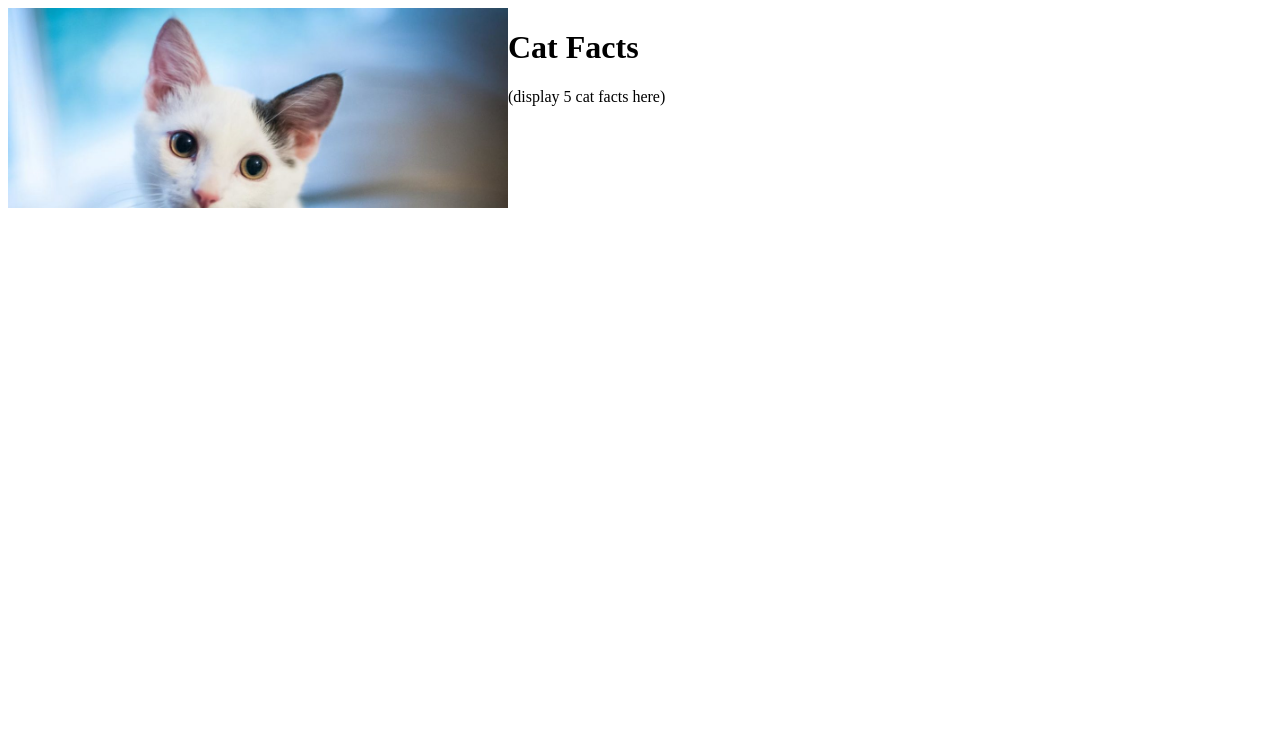
Repository: AustinW24/pg-catfacts
Page: cat-facts.html
The author's editor kept a copy of each file at every save. The page is drawn from the files as they stood at one save, then again after the next save.
The browser window is 1280 px wide. The page is 1288 px wide, so the pictures cover 1288 px, including what lies to the right of the window. The pictures show the whole page.
The page's requests for data from a server got no answer.

Above is the page before, as saved 2021-12-29 15:35:27.

After the next save:
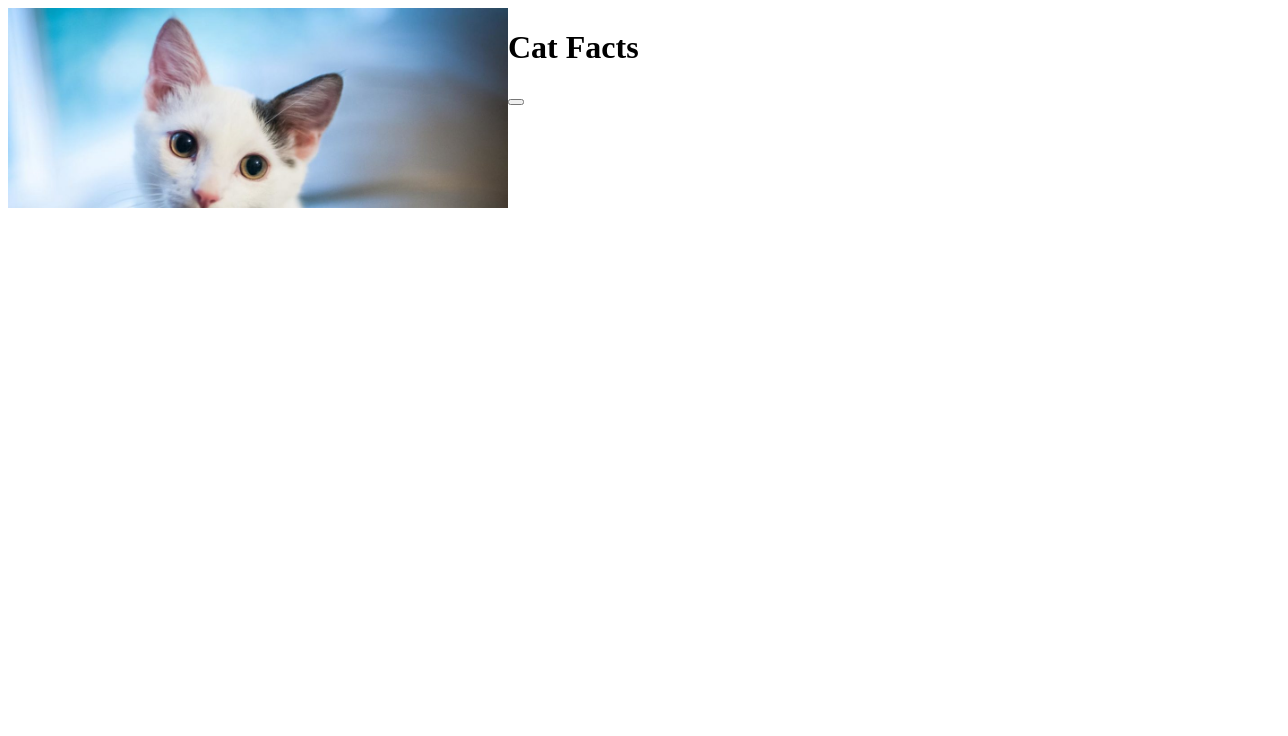
Saved 13 s later.
--- a/cat-facts.html
+++ b/cat-facts.html
@@ -14,7 +14,7 @@
     </div>
     <div class="facts__container">
         <h1>Cat Facts</h1>
-        <p>(display 5 cat facts here)</p>
+        <button></button>
     </div>
   </div>
 </body>
